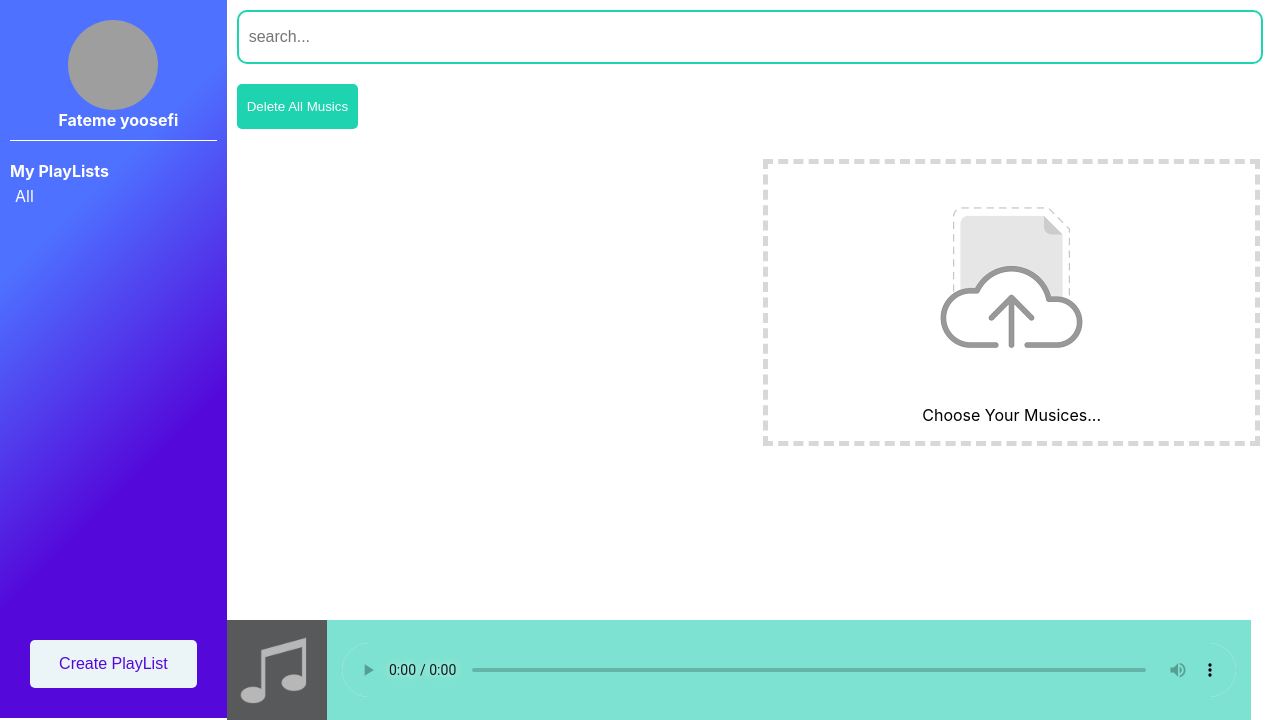
Repository: fateme81yosefi/musicPlayer
Page: /
The author's editor kept a copy of each file at every save. The page is drawn from the files as they stood at one save, then again after a run of saves.
The browser window is 1280 px wide. The pictures show the whole page.
Pictures or frames that could not be fetched are drawn as grey boxes. An inner scrolling area shows only its first screen. The project was rebuilt for these pictures with package versions that can differ from the ones it lists, and the page was loaded fresh each time.

Above is the page before, as saved 2025-06-28 14:06:25.

### src/App.js
import React from 'react';
import FileUploader from './Data/FileUploader/FileUploader';
import MainPage from './Components/MainPage/MainPage';


const App = () => {



  return (
    <div>
      <MainPage />
    </div>
  );
}

export default App;

### src/Data/FileUploader/FileUploader.js
import React, { useState, useEffect } from 'react';
import { useDropzone } from 'react-dropzone';
import { openDB } from 'idb';
import "./FileUploader.css";

const DB_NAME = 'AudioFilesDB';
const DB_VERSION = 1;
const STORE_NAME = 'audioFiles';

const initDB = async () => {
    const db = await openDB(DB_NAME, DB_VERSION, {
        upgrade(db) {
            if (!db.objectStoreNames.contains(STORE_NAME)) {
                const store = db.createObjectStore(STORE_NAME, { keyPath: 'name' });
                store.createIndex('category', 'category');
                store.createIndex('isFav', 'isFav');
            }
        }
    });
    return db;
};

const getStoredFiles = async (db) => {
    const tx = db.transaction(STORE_NAME, 'readonly');
    const store = tx.objectStore(STORE_NAME);
    return await store.getAll();
};

const storeFile = async (db, file) => {
    const tx = db.transaction(STORE_NAME, 'readwrite');
    const store = tx.objectStore(STORE_NAME);
    await store.put(file);
    await tx.done;
};


const FileUploader = ({ handlePlay, query, selectedCategory }) => {
    const [audioFiles, setAudioFiles] = useState([]);
    const [categories, setCategories] = useState([]);
    const [currentCategory, setCurrentCategory] = useState('');


    const deleteAllFiles = async () => {
        const db = await initDB();
        const tx = db.transaction(STORE_NAME, 'readwrite');
        const store = tx.objectStore(STORE_NAME);
        await store.clear();
        await tx.done;
        window.location.reload()
    };

    useEffect(() => {
        const storedCategories = JSON.parse(localStorage.getItem('categories'));
        if (storedCategories) {
            setCategories(storedCategories);
        }
    }, []);


    useEffect(() => {
        setCurrentCategory(selectedCategory)
    }, [selectedCategory])


    useEffect(() => {
        if (query !== "") {
            setAudioFiles(audioFiles.filter((item) => item.name.toLowerCase().includes(query.toLowerCase())));
        } else {
            const fetchStoredFiles = async () => {
                const db = await initDB();
                const storedFiles = await getStoredFiles(db);
                setAudioFiles(storedFiles.map(file => ({
                    ...file,
                    data: URL.createObjectURL(new Blob([file.data], { type: file.type }))
                })));
            };

            fetchStoredFiles();
        }
    }, [query]);

    useEffect(() => {
        const fetchStoredFiles = async () => {
            const db = await initDB();
            const storedFiles = await getStoredFiles(db);
            setAudioFiles(storedFiles.map(file => ({
                ...file,
                data: URL.createObjectURL(new Blob([file.data], { type: file.type }))
            })));
        };

        fetchStoredFiles();
    }, []);

    const onDrop = async (acceptedFiles) => {
        const mp3Files = acceptedFiles.filter((file) => file.name.endsWith('.mp3'));

        const db = await initDB();

        for (const file of mp3Files) {
            const fileData = await file.arrayBuffer();
            await storeFile(db, { name: file.name, type: file.type, data: fileData, category: '' });
        }

        const storedFiles = await getStoredFiles(db);
        setAudioFiles(storedFiles.map(file => ({
            ...file,
            data: URL.createObjectURL(new Blob([file.data], { type: file.type }))
        })));
    };

    const handleCategoryChange = async (file, category) => {
        const updatedFile = { ...file, category };

        const db = await initDB();
        await storeFile(db, updatedFile);

        const storedFiles = await getStoredFiles(db);
        setAudioFiles(storedFiles.map(f => ({
            ...f,
            data: URL.createObjectURL(new Blob([f.data], { type: f.type }))
        })));
    };

    const { getRootProps, getInputProps } = useDropzone({ onDrop });

    return (
        <>
            <button className='deleteAll' onClick={deleteAllFiles}>Delete All Musics</button>

            <div className='containSingle'>
                <div className='fullWidth'>
                    {audioFiles
                        .filter(file => currentCategory === "" || file.category === currentCategory)
                        .map((file, index) => (
                            <div className='singleSelectedAudio' key={index}>
                                <div className='row'>
                                    <div className='containDetails'>
                                        <img className='cover' alt="cover" src='/song_cover.png' />
                                        <span className='name'>{file.name}</span>
                                    </div>
                                    <div className='row'>
                                        <select
                                            value={file.category}
                                            onChange={(e) => handleCategoryChange(file, e.target.value)}
                                        >
                                            <option value="">Select Category</option>
                                            {categories.map((category, index) => (
                                                <option key={index} value={category}>{category}</option>
                                            ))}
                                        </select>
                                        <button className='btnPlay' onClick={() => handlePlay(file)}>
                                            <img className='play' alt='icon' src='/play-button.svg' />
                                        </button>
                                    </div>
                                </div>
                                <audio className='selectedAudio' src={file.data} key={index} controls />
                            </div>
                        ))}
                </div>

                <div className='fullWidth' {...getRootProps()}>
                    <input {...getInputProps()} />
                    <div className='chooseFile'>
                        <img alt='drag file' src='/images.png' />
                        <p> Choose Your Musices...</p>
                    </div>
                </div>
            </div>
        </>
    );
};

export default FileUploader;

### src/Components/MainPage/MainPage.js
import React, { useState, useEffect } from 'react';
import Modal from 'react-modal';
import FileUploader from "../../Data/FileUploader/FileUploader";
import "./MainPage.css";

const MainPage = () => {
    const [category, setCategory] = useState('');
    const [categories, setCategories] = useState([]);
    const [currentMusic, setCurrentMusic] = useState({});
    const [showModal, setShowModal] = useState(false);
    const [searchQuery, setSearchQuery] = useState('');
    const [selectedCategory, setSelectedCategory] = useState('');


    useEffect(() => {
        const storedCategories = JSON.parse(localStorage.getItem('categories'));
        if (storedCategories) {
            setCategories(storedCategories);
        }
    }, []);

    const handleAddCategory = () => {
        if (category) {
            const updatedCategories = [...categories, category];
            setCategories(updatedCategories);
            setCategory('');
            localStorage.setItem('categories', JSON.stringify(updatedCategories));
            setShowModal(false)
        }
    };

    const handlePlay = (file) => {
        setCurrentMusic(file);
    };


    return (
        <div className="container">
            <Modal
                isOpen={showModal}
                contentLabel="Create Playlist"
                className="modalCategory"
            >
                <h2>Create Playlist</h2>
                <input
                    type="text"
                    value={category}
                    placeholder='Enter Your Playlist Name'
                    onChange={(e) => setCategory(e.target.value)}
                />
                <button onClick={handleAddCategory}>Confirm</button>
            </Modal>

            <div className="leftMenue">
                <div className="top">
                    <div className="imageProfile">
                        <img src="https://encrypted-tbn0.gstatic.com/images?q=tbn:ANd9GcRXJA32WU4rBpx7maglqeEtt3ot1tPIRWptxA&s" alt="Profile" />
                        <div className="name">Fateme yoosefi</div>
                    </div>
                    <div className="categories">
                        <div className='playlist'>My PlayLists</div>
                        <div className='category' onClick={() => { setSelectedCategory('') }}>All</div>
                        {
                            categories.map((item, index) => <div key={index} className='category' onClick={() => { setSelectedCategory(item) }}>{item}</div>)
                        }
                    </div>
                </div>
                <button className='create' onClick={() => setShowModal(true)}>Create PlayList</button>
            </div>
            <div className="rightPage">
                <input className='inputSearch' placeholder="search..." onChange={(e) => setSearchQuery(e.target.value)}
                />
                <FileUploader handlePlay={handlePlay} query={searchQuery} selectedCategory={selectedCategory} />
                <div className="currentlyPlay">
                    <img src="/song_cover.png" alt="کاور آهنگ" />
                    <div className="containName">
                        <span className="musicName">{currentMusic.name}</span>
                        <audio id="player" src={currentMusic.data} controls ></audio>
                    </div>
                </div>

            </div>
        </div>
    )
};

export default MainPage;

### src/Data/FileUploader/FileUploader.css
.chooseFile {
  border: 5px dashed rgb(216, 216, 216);
  display: flex;
  flex-direction: column;
  align-items: center;
  justify-content: space-around;
  margin: 10px;
  margin-bottom: 100px;
}
.selectedAudio::-webkit-media-controls-panel {
  background-color: rgb(211, 211, 211);
  border: none;
}
.selectedAudio {
  border-radius: 0;
  background-color: rgb(211, 211, 211);
  padding: 20px;
  width: 100% !important;
  display: none;
}
.singleSelectedAudio {
  background-color: rgb(255, 255, 255);
  border-bottom: 1px solid rgb(238, 238, 238);
}
.row {
  display: flex;
  flex-direction: row;
  justify-content: space-between;
}

.cover {
  width: 40px;
  height: 40px;
}
.containDetails {
  display: flex;
  flex-direction: row;
  align-items: center;
  justify-content: center;
}

.containSingle {
  padding: 10px;
  display: flex;
  flex-direction: row;
  width: 100%;
}
.name {
  margin-left: 10px;
}
.fullWidth{
    width: 100%;
}
.play {
  width: 30px;
  height: 30px;
}
.btnPlay {
  background-color: transparent;
  border: none;
}

.deleteAll {
  margin: 10px;
  background-color: #1dd3b0;
  margin-bottom: 10px;
  padding: 15px 10px;
  border-radius: 5px;
  border: none;
  color: #ffff;
}
select {
  background-color: #1dd3b0;
  padding: 10px;
  border: none;
  color: white;
}

### src/Components/MainPage/MainPage.css
.container {
  display: flex;
  flex-direction: row;
  background-color: #ffffff;
}
.leftMenue {
  background: linear-gradient(
    135deg,
    #4e71ff 0%,
    #4e71ff 30%,
    #5409da 65%,
    #5409da 100%
  );
  width: 20%;
  height: 97vh;
  display: flex;
  flex-direction: column;
  justify-content: space-between;
  padding: 10px;
}
.imageProfile {
  display: flex;
  flex-direction: column;
  align-items: center;
  border-bottom: 1px solid white;
  padding: 10px;
  color: #ffffff;
  font-weight: bold;
  justify-content: space-between;
}

.imageProfile img {
  border-radius: 100%;
  width: 90px;
  height: 90px;
}
.playlist {
  font-size: medium;
  color: #ffffff;
  font-weight: bold;
  margin-top: 20px;
}
.rightPage {
  width: 100%;
  height: 100vh;
  position: relative;
  padding: 0 20px 0 0;
  padding-left: 0;
}
.rightPage input {
  width: 97%;
  height: 40px;
  font-size: medium;
}
.currentlyPlay {
  display: flex;
  flex-direction: row;
  align-items: center;
  background-color: #7de2d1;
  height: 100px;
  bottom: 0;
  position: fixed;
  width: 80%;
}
.currentlyPlay img {
  width: 100px;
  height: 100px;
}
.containName {
  width: 100%;
  padding: 15px;
}
.musicName {
  font-weight: bold;
}
audio {
  width: 100%;
  display: flex;
  flex-direction: column;
  border: none;
}

audio::-webkit-media-controls-panel {
  background-color: #7de2d1;
  border: none;
}
.rightPage {
  overflow: scroll;
}
.modalCategory {
  position: fixed;
  background-color: #7de2d1;
  top: 50%;
  left: 50%;
  transform: translate(-50%, -50%);
  width: 30%;
  display: flex;
  flex-direction: column;
  align-items: center;
  justify-content: center;
  color: white;
}
.modalCategory input {
  padding: 10px;
  margin-bottom: 10px;
  width: 80%;
}
.modalCategory button {
  background-color: #1dd3b0;
  margin-bottom: 10px;
  padding: 15px 10px;
  border-radius: 5px;
  border: none;
  color: #ffff;
}

.category {
  font-size: medium;
  color: #ffffff;
  margin-left: 5px;
  margin: 5px;
}

.inputSearch {
  margin: 10px;
  border: 2px solid #1dd3b0;
  padding: 5px 10px;
  border-radius: 10px;
}

.create {
  padding: 15px 4px;
  border-radius: 5px;
  margin: 20px;
  background-color: #ebf4f6;
  border: none;
  color: #5409da;
  font-size: medium;
}
h3,
h4 {
  color: white;
}

Loaded but not shown: public/index.html (common file); src/index.js (common file); src/index.css (common file); src/reportWebVitals.js (common file)

After the next 2 saves:
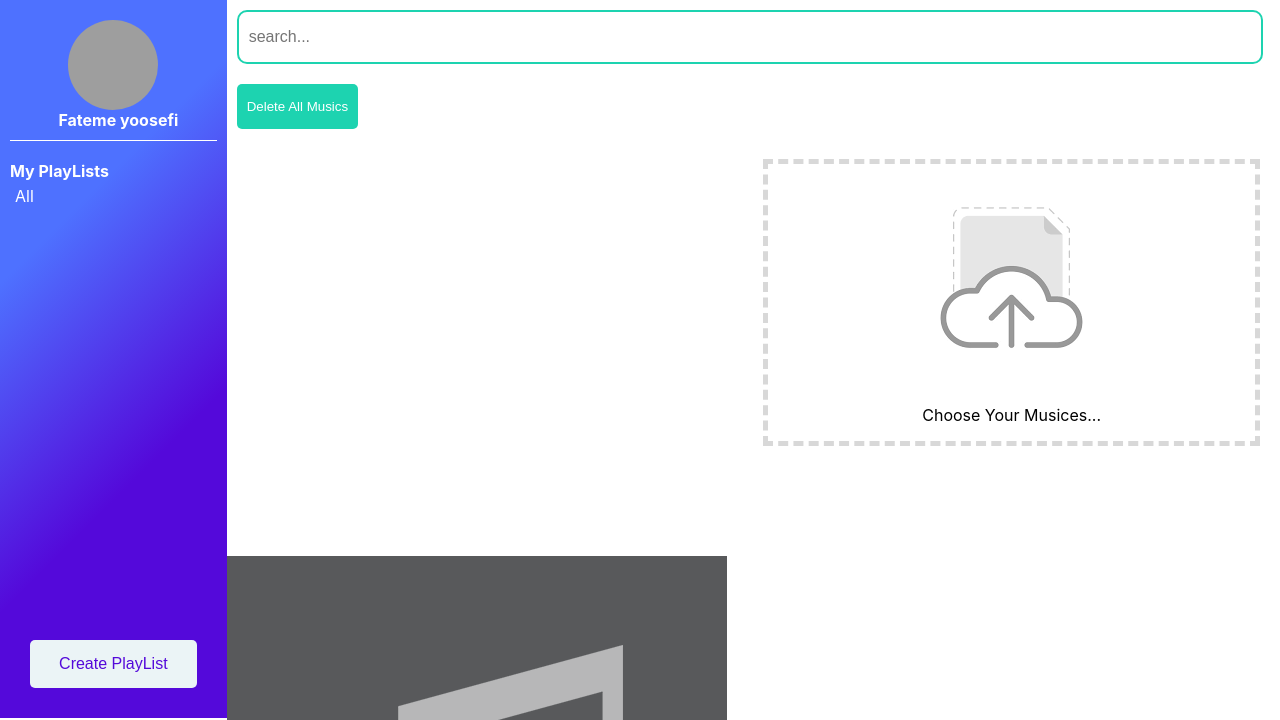
The 2 saves are shown as one change because they came seconds apart.
The last was saved 7 min 12 s later.
--- a/src/Components/MainPage/MainPage.js
+++ b/src/Components/MainPage/MainPage.js
@@ -71,13 +71,22 @@ const MainPage = () => {
                 <input className='inputSearch' placeholder="search..." onChange={(e) => setSearchQuery(e.target.value)}
                 />
                 <FileUploader handlePlay={handlePlay} query={searchQuery} selectedCategory={selectedCategory} />
-                <div className="currentlyPlay">
-                    <img src="/song_cover.png" alt="کاور آهنگ" />
-                    <div className="containName">
-                        <span className="musicName">{currentMusic.name}</span>
-                        <audio id="player" src={currentMusic.data} controls ></audio>
+                <div className="w-full max-w-md mx-auto p-4 bg-gradient-to-br from-[#5409DA] via-[#4E71FF] to-[#BBFBFF] rounded-3xl shadow-xl flex items-center space-x-4 animate-fade-in">
+                    <div className="relative w-24 h-24 rounded-full overflow-hidden shadow-lg border-4 border-white animate-spin-slow">
+                        <img src="/song_cover.png" alt="کاور آهنگ" className="w-full h-full object-cover" />
+                    </div>
+
+                    <div className="flex-1 text-white">
+                        <h3 className="text-lg font-bold mb-2">{currentMusic.name}</h3>
+                        <audio
+                            id="player"
+                            src={currentMusic.data}
+                            controls
+                            className="w-full accent-white"
+                        ></audio>
                     </div>
                 </div>
+
 
             </div>
         </div>
